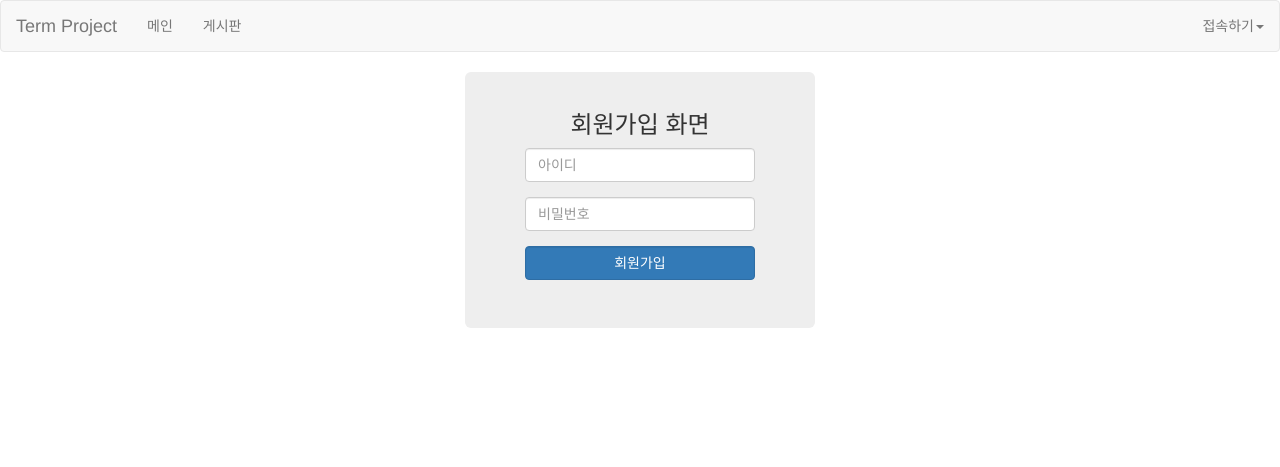
Repository: subsub97/web_bulletin-board
Page: http://localhost/BBS/join.jsp
An editor plug-in stored every save of this project. The page is shown before and after the next save, followed by the edit.
The browser window is 1280 px wide. The pictures show the whole page.
Some web libraries are served in a nearby version. The page is served by Tomcat 9. Other server files are loaded and not shown.

Above is the page before, as saved 2023-05-25 15:05:51.

### Projects/BBS/src/main/webapp/join.jsp
<%@ page language="java" contentType="text/html; charset=UTF-8" pageEncoding="UTF-8"%>
<!DOCTYPE html>
<html>
<head>
<meta charset="UTF-8">
<meta name="viewport" content="width=device-width, initial-scale=1">

<link rel="stylesheet" href="css/bootstrap.css">

<title>Term Project</title>
</head>
<body>
	<nav class="navbar navbar-default">
		<div class="navbar-header">
			<button type="button" class="navbar-toggle collapsed"
				data-toggle="collapse" data-target="#bs-example-navbar-collapse-1"
				aria-expanded="false">
				<span class="icon-bar"></span>
				<span class="icon-bar"></span>
				<span class="icon-bar"></span>
			</button>
			<a class="navbar-brand" href="main.jsp">Term Project</a>
		</div>
		<div class="collapse navbar-collapse" id="bs-example-navbar-collapse-1">
			<ul class="nav navbar-nav">
				<li><a href="main.jsp">메인</a></li>
				<li><a href="main.jsp">게시판</a></li>
			</ul>
			<ul class="nav navbar-nav navbar-right">
				<li class="dropdown">
					<a href="#" class="dropdown-toggle" data-toggle="dropdown" role="button" aria-haspopup="true"
						aria-expanded="false">접속하기<span class="caret"></span></a>
					<ul class="dropdown-menu">
						<li class="active"><a href="login.jsp">로그인</a></li>
						<li><a href="join.jsp">회원가입</a></li>
					</ul>
				</li>
			</ul>
		</div>
	</nav>
	<div class="container">
		<div class="col-lg-4"></div>
		<div class="col-lg-4">
			<div class="jumbotron" style="padding-top: 20px;">
				<form method="post" action="loginAction.jsp">
					<h3 style="text-align: center;">회원가입 화면</h3>
					<div class="form-group">
						<input type="text" class="form-control" placeholder="아이디" name="userID" maxlength="20">
					</div>
					<div class="form-group">
						<input type="password" class="form-control" placeholder="비밀번호" name="userPassword" maxlength="20">
					</div>
					<input type="submit" class="btn btn-primary form-control" value="회원가입">
				</form>
			</div>
		</div>
		<div class="col-lg-4"></div>

		<script src="https://code.jquery.com/jquery-3.1.1.min.js"></script>
		<script src="js/bootstrap.js"></script>
	</div>
</body>
</html>

Loaded but not shown: Projects/BBS/src/main/webapp/css/bootstrap.css (library); Projects/BBS/src/main/webapp/js/bootstrap.js (library)

After the next save:
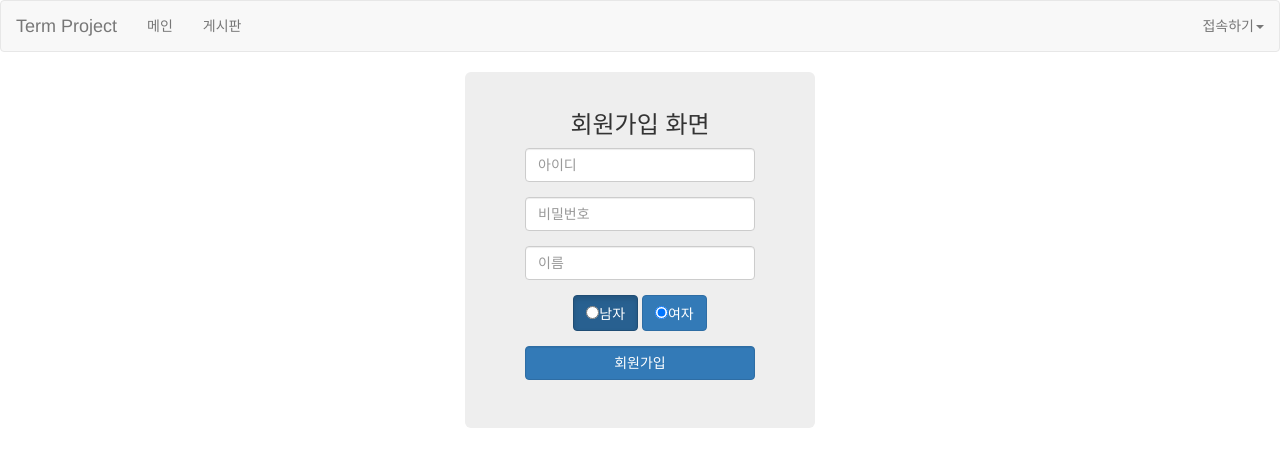
Saved 3 min 1 s later.
--- a/Projects/BBS/src/main/webapp/join.jsp
+++ b/Projects/BBS/src/main/webapp/join.jsp
@@ -50,6 +50,17 @@
 					<div class="form-group">
 						<input type="password" class="form-control" placeholder="비밀번호" name="userPassword" maxlength="20">
 					</div>
+					<div class="form-group">
+						<input type="password" class="form-control" placeholder="이름" name="userName" maxlength="20">
+					</div>
+					<div class="form-group" style = "text-align: center;">
+						<label class ="btn btn-primary active">
+							<input type = "radio" name="userGender" autocomplete="off" value = "M" checked>남자
+						</label>
+						<label class ="btn btn-primary">
+							<input type = "radio" name="userGender" autocomplete="off" value = "F" checked>여자
+						</label>
+					</div>
 					<input type="submit" class="btn btn-primary form-control" value="회원가입">
 				</form>
 			</div>
